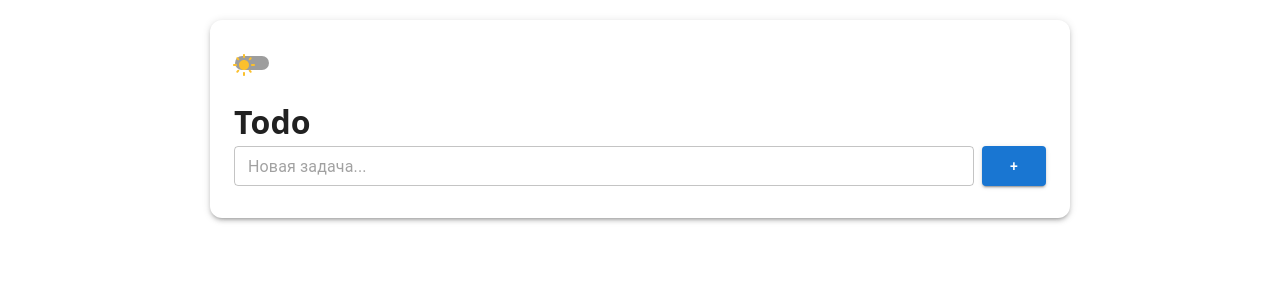
Repository: Burnmyheart/todo-app
Page: /
The author's editor kept a copy of each file at every save. The page is drawn from the files as they stood at one save, then again after the next save.
The browser window is 1280 px wide. The pictures show the whole page.
The project was rebuilt for these pictures with package versions that can differ from the ones it lists, and the page was loaded fresh each time. Also part of the build but not shown: vite.config.ts, src/components/EditTodo/EditTodo.tsx, src/components/TodoItem/TodoItem.tsx, src/components/TodoList/TodoList.tsx.

Above is the page before, as saved 2025-09-25 20:44:46.

### src/index.css
/* Сброс браузерных стилей */
* {
  margin: 0;
  padding: 0;
  box-sizing: border-box;
}

html, body, #root {
  width: 100%;
  height: 100%;
  font-family: system-ui, -apple-system, BlinkMacSystemFont, "Segoe UI", Roboto, Helvetica, Arial, sans-serif;
  background-color: #fff;
  color: #000;
}


a {
  color: inherit;
  text-decoration: none;
}


button {
  font-family: inherit;
  font-size: 1rem;
  cursor: pointer;
  border: none;
  background: none;
}


h1, h2, h3, h4, h5, h6 {
  font-weight: 600;
}

### src/App.tsx
import React, { useState, useEffect } from "react";
import AddTodo from "./components/AddTodo/AddTodo";
import TodoList from "./components/TodoList/TodoList";
import { saveGroups, loadGroups } from "./utils/localStorage";
import type { TodoGroup } from "./types";

import {
  ThemeProvider,
  CssBaseline,
  Paper,
  Switch,
  FormControlLabel,
} from "@mui/material";
import { createTheme } from "@mui/material/styles";
import DarkModeIcon from "@mui/icons-material/DarkMode";
import LightModeIcon from "@mui/icons-material/LightMode";

const App: React.FC = () => {
  const [groups, setGroups] = useState<TodoGroup[]>([]);
  const [darkMode, setDarkMode] = useState(false);

  useEffect(() => {
    setGroups(loadGroups());
  }, []);

  useEffect(() => {
    saveGroups(groups);
  }, [groups]);

  const theme = createTheme({
    palette: {
      mode: darkMode ? "dark" : "light",
    },
  });

  const addGroup = (title: string) => {
    const newGroup: TodoGroup = {
      id: Date.now(),
      title,
      tasks: [],
      createdAt: new Date(),
    };
    setGroups((prev) => [...prev, newGroup]);
  };

  const updateGroup = (updated: TodoGroup) => {
    setGroups((prev) =>
      prev.map((group) => (group.id === updated.id ? updated : group))
    );
  };

  return (
    <div style={{ padding: "20px", maxWidth: "900px", margin: "0 auto" }}>
      <ThemeProvider theme={theme}>
        <CssBaseline />
        <Paper
          elevation={3}
          sx={{
            p: 3,
            borderRadius: 3,
            bgcolor: darkMode ? "background.default" : "#fff",
          }}
        >
          <FormControlLabel
            control={
              <Switch
                checked={darkMode}
                onChange={() => setDarkMode((prev) => !prev)}
                color="default"
                icon={<LightModeIcon sx={{ color: "#fbc02d" }} />}
                checkedIcon={<DarkModeIcon sx={{ color: "#90caf9" }} />}
              />
            }
            label={darkMode}
            sx={{ mb: 2 }}
          />

          <h1>Todo</h1>
          <AddTodo onAdd={addGroup} />
          {groups.map((group) => (
            <TodoList
              key={group.id}
              group={group}
              onUpdateGroup={updateGroup}
            />
          ))}
        </Paper>
      </ThemeProvider>
    </div>
  );
};

export default App;

### src/components/AddTodo/AddTodo.tsx
import React, { useState } from "react";
import { TextField, Button, Stack } from "@mui/material";

interface AddTodoProps {
  onAdd: (text: string) => void;
}

const AddTodo: React.FC<AddTodoProps> = ({ onAdd }) => {
  const [text, setText] = useState("");
  const [error, setError] = useState(false);

  const handleAdd = () => {
    if (!text.trim()) {
      setError(true);
      return;
    }
    onAdd(text);
    setText("");
    setError(false);
  };

  return (
    <Stack direction="row" spacing={1} sx={{ mb: 1 }}>
      <TextField
        value={text}
        onChange={(e) => { setText(e.target.value); setError(false); }}
        size="small"
        placeholder="Новая задача..."
        onKeyDown={(e) => e.key === "Enter" && handleAdd()}
        error={error}
        helperText={error ? "Поле не может быть пустым" : ""}
        fullWidth
      />
      <Button variant="contained" onClick={handleAdd}>+</Button>
    </Stack>
  );
};

export default AddTodo;

### src/utils/localStorage.tsx
import type { TodoGroup } from "../types";

const GROUPS_KEY = "todoGroups";

export const saveGroups = (groups: TodoGroup[]) => {
  localStorage.setItem(GROUPS_KEY, JSON.stringify(groups));
};

export const loadGroups = (): TodoGroup[] => {
  const data = localStorage.getItem(GROUPS_KEY);
  if (!data) return [];

  const groups: TodoGroup[] = JSON.parse(data);

  // Конвертируем строки обратно в Date
  return groups.map(group => ({
    ...group,
    createdAt: new Date(group.createdAt),
    tasks: group.tasks.map(task => ({ ...task, createdAt: new Date(task.createdAt) })),
  }));
};

Loaded but not shown: index.html (common file); src/main.tsx (common file)

After the next save:
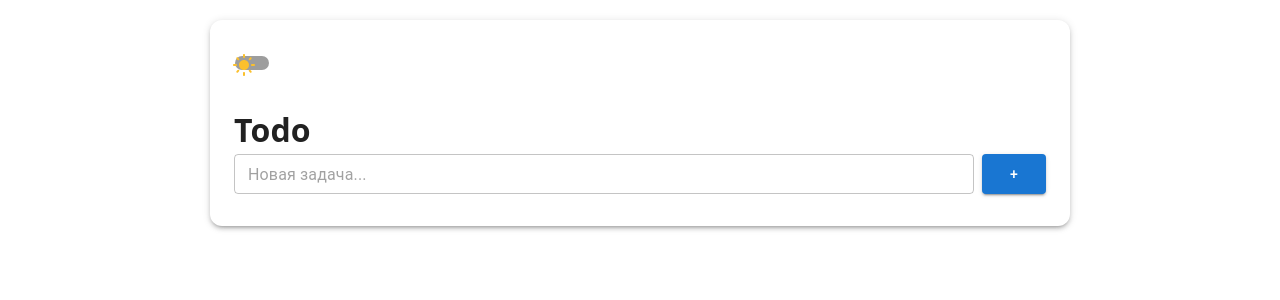
Saved 6 s later.
--- a/src/App.tsx
+++ b/src/App.tsx
@@ -72,7 +72,7 @@
               />
             }
             label={darkMode}
-            sx={{ mb: 2 }}
+            sx={{ mb: 3 }}
           />
 
           <h1>Todo</h1>

After the save that followed:
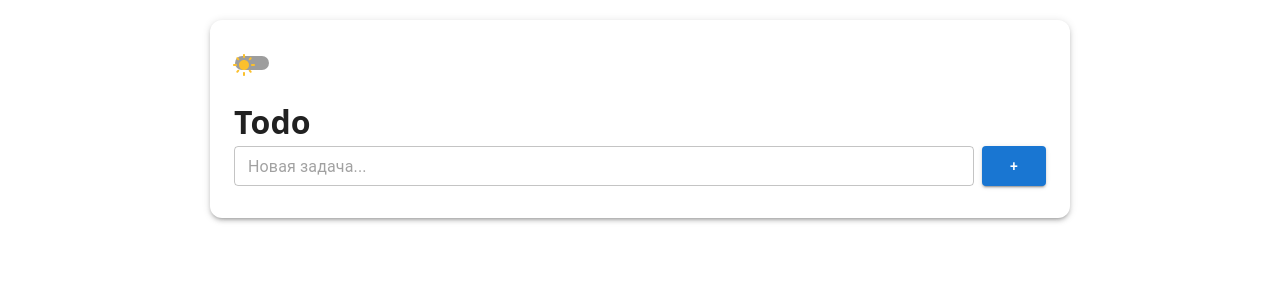
Saved 7 s later.
--- a/src/App.tsx
+++ b/src/App.tsx
@@ -72,7 +72,7 @@
               />
             }
             label={darkMode}
-            sx={{ mb: 3 }}
+            sx={{ mb: 2 }}
           />
 
           <h1>Todo</h1>
